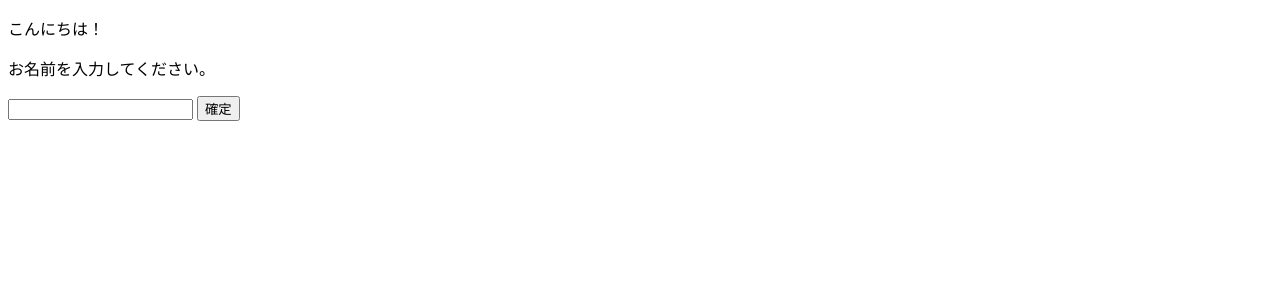
Repository: 3103senoomizho/test
Page: http://localhost/HelloJSP/
These files come from the project's save history. The page is drawn as it stood at one moment and after the next save; the edit follows.
The browser window is 1280 px wide. The pictures show the whole page.
The page is served by Tomcat 9.

Above is the page before, as saved 2018-03-01 01:39:29.

### HelloJSP/WebContent/index.jsp
<%@ page language="java" contentType="text/html; charset=UTF-8"
    pageEncoding="UTF-8"%>
<!DOCTYPE html>
<html>
<head>
<meta charset="UTF-8">
<title>TEST</title>
</head>
<body>

<p>こんにちは！</p>

<p>お名前を入力してください。</p>
<form method="post" action="greeting-out.jsp">
<input type="text" name="user">
<input type="submit" value="確定">
</form>

</body>
</html>

After the next save:
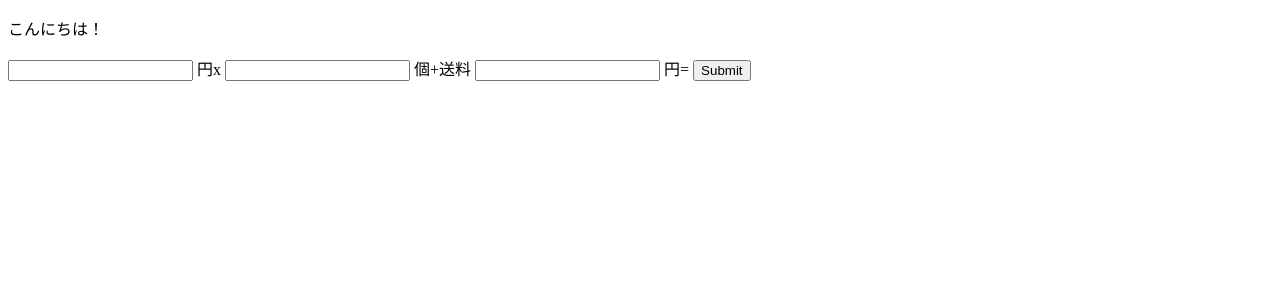
Saved 4 min 43 s later.
--- a/HelloJSP/WebContent/index.jsp
+++ b/HelloJSP/WebContent/index.jsp
@@ -10,10 +10,14 @@
 
 <p>こんにちは！</p>
 
-<p>お名前を入力してください。</p>
-<form method="post" action="greeting-out.jsp">
-<input type="text" name="user">
-<input type="submit" value="確定">
+<form method="post" action="total-out.jsp">
+<input type="text" name="price">
+円x
+<input type="text" name="count">
+個+送料
+<input type="text" name="delivery">
+円=
+<input type="submit" name="計算">
 </form>
 
 </body>
